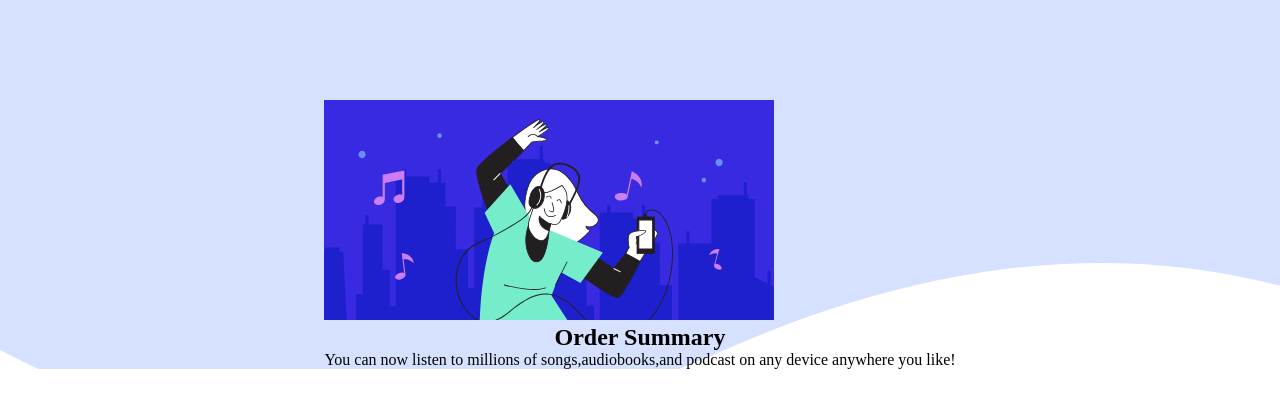
Repository: Eugene44-hub/newbie-project
Page: index.html
An editor plug-in stored every save of this project. The page is shown before and after a run of saves, followed by the edit.
The browser window is 1280 px wide. The pictures show the whole page.

Above is the page before, as saved 2021-08-29 02:06:12.

After the next 3 saves:
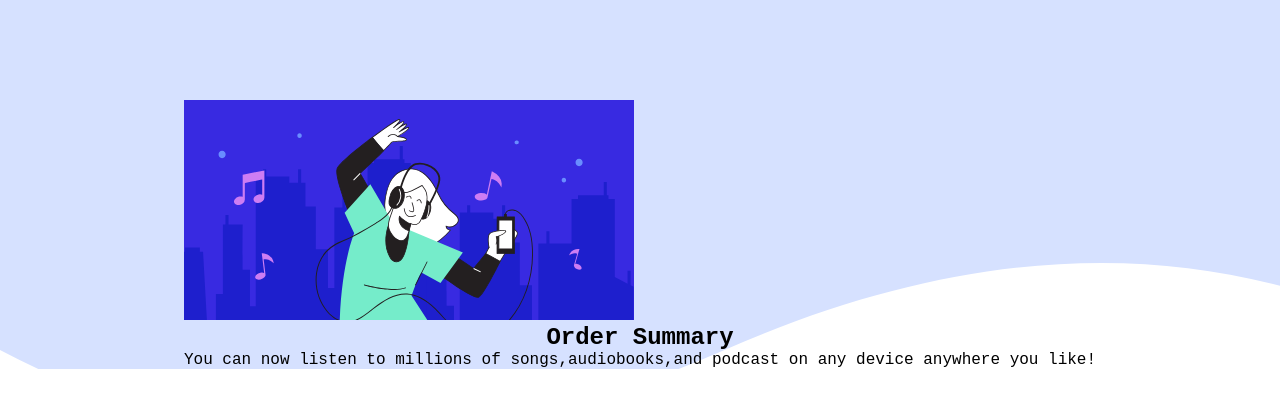
The 3 saves are shown as one change because they came seconds apart.
The last was saved 15 s later.
--- a/style.css
+++ b/style.css
@@ -17,4 +17,5 @@
 h2,
 p {
     text-align: center;
+    font-family: 'Courier New', Courier, monospace;
 }
